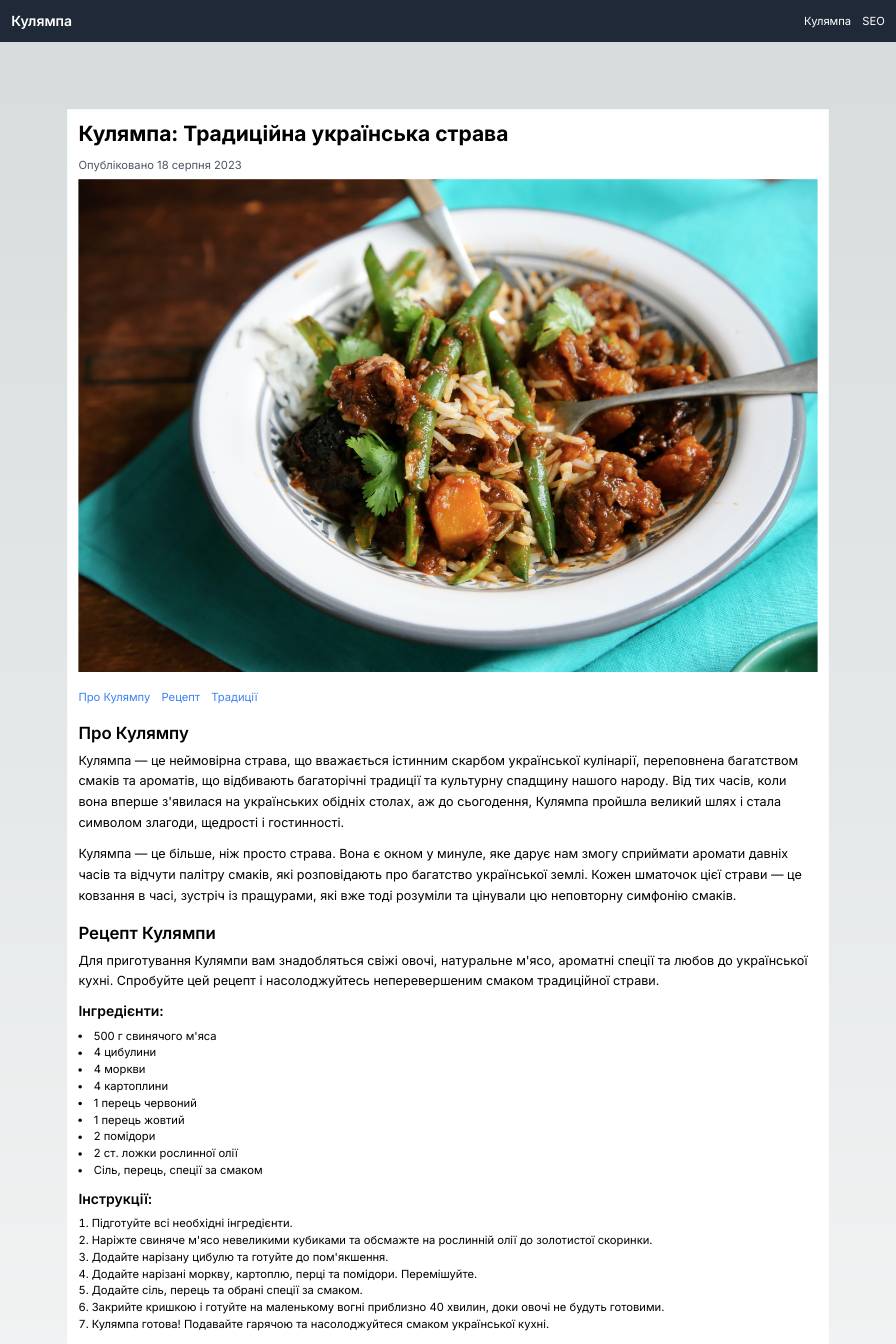
Repository: nika-otter/Kulyampa
Page: /
These files come from the project's save history. The page is drawn as it stood at one moment and after the next save; the edit follows.
The browser window is 1280 px wide. The pictures show the part of the page from y = 0 to 1920 px (the page is 2940 px tall before and 2773 px after), at 70% of full size.
The project was rebuilt for these pictures with package versions that can differ from the ones it lists, and the page was loaded fresh each time. The framework's server and built-in components were replaced by stand-ins that run in the browser. Also part of the build but not shown: next.config.js.

Above is the page before, as saved 2023-08-19 02:55:00.

### app/layout.tsx
import Header from '@/components/Header'
import Footer from '@/components/Footer'
import './globals.css'
import type { Metadata } from 'next'
import { Inter } from 'next/font/google'

const inter = Inter({ subsets: ['latin'] })

export const metadata: Metadata = {
  title: 'Кулямпа',
  description: 'Йовбак Ніка Ігорівна жосткий SEO 18082023',
}

export default function RootLayout({
  children,
}: {
  children: React.ReactNode
}) {
  return (
    <html lang="en">
      <head>
        <meta name="google-site-verification" content="2mgyOlwwhb-FOBIHL0X8Rst2spNoz82k-JcZP-eiwag" />
      </head>
      <body className={inter.className}>
        <Header />

        <main className="flex min-h-screen flex-col items-center justify-between p-24">
            {children}
          </main>
        <Footer/>
        </body>

    </html>
  )
}

### app/page.tsx
import Kulyampa from '@/components/Kulyampa'
import Image from 'next/image'

export default function Home() {
  return (
    <>
      <Kulyampa />
    </>
  )
}

### components/Header.tsx
import Link from 'next/link'
import React from 'react'

const Header = () => {
  return (
    <header className="bg-gray-800 text-white py-4 px-4">
      <div className="container mx-auto flex justify-between items-center">
        <h1 className="text-xl font-semibold">Кулямпа</h1>
        <nav>
          <div className="flex space-x-4">
            <Link href="/">Кулямпа</Link>
            <Link href="/YN">SEO</Link>

          </div>
        </nav>
      </div>
    </header>
  )
}

export default Header

### components/Footer.tsx
import React from "react";

const Footer = () => {
  return (
    <footer className="bg-gray-800 text-white py-6 px-6">
      <div className="container mx-auto">
        <div className="grid grid-cols-1 md:grid-cols-3 gap-6">
          <div className="col-span-1 md:col-span-2">
            <h2 className="text-xl font-semibold mb-4">About Us</h2>
            <p className="text-gray-400">
              Lorem ipsum dolor sit amet, consectetur adipiscing elit. Sed nec
              feugiat libero, eu congue orci.
            </p>
          </div>
          <div>
            <h2 className="text-xl font-semibold mb-4">Contact Us</h2>
            <p className="text-gray-400">1234 Elm Street, City, Country</p>
            <p className="text-gray-400">contact@example.com</p>
            <p className="text-gray-400">123-456-7890</p>
          </div>
        </div>
        <div className="mt-6 ">
          <p className="text-gray-400 ">
            &copy; {new Date().getFullYear()} My Website. All rights reserved.
          </p>
        </div>
      </div>
    </footer>
  );
};

export default Footer;

### app/globals.css
@tailwind base;
@tailwind components;
@tailwind utilities;

:root {
  --foreground-rgb: 0, 0, 0;
  --background-start-rgb: 214, 219, 220;
  --background-end-rgb: 255, 255, 255;
}

@media (prefers-color-scheme: light) {
  :root {
   --foreground-rgb: 0, 0, 0;
  --background-start-rgb: 214, 219, 220;
  --background-end-rgb: 255, 255, 255;
  }
}

body {
  color: rgb(var(--foreground-rgb));
  background: linear-gradient(
      to bottom,
      transparent,
      rgb(var(--background-end-rgb))
    )
    rgb(var(--background-start-rgb));
}

### components/Kulyampa.tsx
import Image from 'next/image'
import React from 'react'

const Kulyampa = () => {
  return (
    <div className="bg-white p-4">
      <h1 className="text-3xl font-bold mb-4">Кулямпа: Традиційна українська страва</h1>
      <p className="text-gray-600 mb-2">Опубліковано 18 серпня 2023</p>

        <img src="/ca-creative-yzFO7e_87fs-unsplash.jpg" alt="Кулямпа" className="w-full h-auto mb-6" />
      <nav className="mb-6">
        <ul className="flex space-x-4">
          <li>
            <a href="#about" className="text-blue-500 hover:underline">Про Кулямпу</a>
          </li>
          <li>
            <a href="#recipe" className="text-blue-500 hover:underline">Рецепт</a>
          </li>
          <li>
            <a href="#traditions" className="text-blue-500 hover:underline">Традиції</a>
          </li>
        </ul>
      </nav>

      <section id="about" className="mb-6">
        <h2 className="text-2xl font-semibold mb-2">Про Кулямпу</h2>
        <p className="text-lg leading-relaxed mb-4">
          <p className="text-lg leading-relaxed mb-4">
            <span>Кулямпа </span>
           — це неймовірна страва, що вважається істинним скарбом української кулінарії,
          переповнена багатством смаків та ароматів, що відбивають багаторічні традиції та культурну спадщину нашого народу.
          Від тих часів, коли вона вперше з'явилася на українських обідніх столах, аж до сьогодення,
          Кулямпа пройшла великий шлях і стала символом злагоди, щедрості і гостинності.
        </p>
        <p className="text-lg leading-relaxed mb-4">
          Кулямпа — це більше, ніж просто страва. Вона є окном у минуле, яке дарує нам змогу сприймати аромати давніх часів
          та відчути палітру смаків, які розповідають про багатство української землі. Кожен шматочок цієї страви — це ковзання в часі,
          зустріч із пращурами, які вже тоді розуміли та цінували цю неповторну симфонію смаків.
        </p>
        </p>
      </section>

      <section id="recipe" className="mb-6">
        <h2 className="text-2xl font-semibold mb-2">Рецепт Кулямпи</h2>
        <p className="text-lg leading-relaxed mb-4">
        Для приготування Кулямпи вам знадобляться свіжі овочі, натуральне м'ясо,
        ароматні спеції та любов до української кухні. Спробуйте цей рецепт і
        насолоджуйтесь неперевершеним смаком традиційної страви.
      </p>

      <h3 className="text-xl font-semibold mb-2">Інгредієнти:</h3>
      <ul className="list-disc list-inside mb-4">
        <li>500 г свинячого м'яса</li>
        <li>4 цибулини</li>
        <li>4 моркви</li>
        <li>4 картоплини</li>
        <li>1 перець червоний</li>
        <li>1 перець жовтий</li>
        <li>2 помідори</li>
        <li>2 ст. ложки рослинної олії</li>
        <li>Сіль, перець, спеції за смаком</li>
      </ul>

      <h3 className="text-xl font-semibold mb-2">Інструкції:</h3>
      <ol className="list-decimal list-inside mb-6">
        <li>Підготуйте всі необхідні інгредієнти.</li>
        <li>Наріжте свиняче м'ясо невеликими кубиками та обсмажте на рослинній олії до золотистої скоринки.</li>
        <li>Додайте нарізану цибулю та готуйте до пом'якшення.</li>
        <li>Додайте нарізані моркву, картоплю, перці та помідори. Перемішуйте.</li>
        <li>Додайте сіль, перець та обрані спеції за смаком.</li>
        <li>Закрийте кришкою і готуйте на маленькому вогні приблизно 40 хвилин, доки овочі не будуть готовими.</li>
        <li>Кулямпа готова! Подавайте гарячою та насолоджуйтеся смаком української кухні.</li>
      </ol>

      <p className="text-lg leading-relaxed">
        Тепер ви знаєте, як приготувати справжню українську Кулямпу. Ця страва
        об'єднує найкращі традиції та смаки української кухні. Спробуйте приготувати
        її самі і насолоджуйтесь неперевершеним смаком!
      </p>
      </section>

      <section id="traditions" className="mb-6">
        <h2 className="text-2xl font-semibold mb-2">Традиції</h2>
        <p className="text-lg leading-relaxed mb-4">
          Кулямпа, як справжній символ української кулінарії, здатна змінити атмосферу будь-якого заходу, на якому її подають.
          Її традиційний статус не тільки в питанні їжі, але й у створенні неперевершеної атмосфери єдності та гармонії.
        </p>
        <p className="text-lg leading-relaxed">
          Українські родинні свята без Кулямпи немовби залишаються неповними. Вона вже стала невід'ємною частиною Різдва, Великодня та інших свят,
          які об'єднують рідних та друзів навколо одного столу. Подача Кулямпи на святковому столі завжди супроводжується радісними посмішками,
          веселощами та родинними розмовами. Вона є символом єдності та гармонії, а також нагадує про те, наскільки важливо цінувати свої коріння та спільні моменти.
        </p>
        <p className="text-lg leading-relaxed">
          Крім родинних зібрань, Кулямпа має своє місце й на урочистих подіях, де вона допомагає створити теплу та приємну атмосферу. Весілля, ювілеї, дні народження —
          у будь-якому обраному контексті Кулямпа збагачує подію неповторним відчуттям національної культури та смаку. Її наявність на столі гарантує, що гості залишаться враженими
          і запам'ятають цю подію як особливу та неповторну.
        </p>
        <p className="text-lg leading-relaxed">
          А що стосується молодших членів родини, то Кулямпа завжди має щось для них. Її смакові якості приваблюють найменших гурманів, аромат підкреслює атмосферу родинних свят,
          а колір та форма страви викликають захоплення та інтригують. Ця страва навіть в найменших деталях передає почуття затишку та любові, що є невід'ємними атрибутами справжньої української гостинності.
        </p>
        <p className="text-lg leading-relaxed">
          Отже, Кулямпа — це не лише страва, але й відображення духу української культури, що пронизує кожну родину та подію. Вона зберігає традиції минулого, з'єднує нас з нашими коріннями
          та підкреслює важливість поділитися смаком та радістю разом із близькими людьми.
        </p>
      </section>


    </div>
  )
}

export default Kulyampa

### tailwind.config.ts
import type { Config } from 'tailwindcss'

const config: Config = {
  content: [
    './pages/**/*.{js,ts,jsx,tsx,mdx}',
    './components/**/*.{js,ts,jsx,tsx,mdx}',
    './app/**/*.{js,ts,jsx,tsx,mdx}',
  ],
  darkMode: 'media',
  theme: {
    extend: {
      backgroundImage: {
        'gradient-radial': 'radial-gradient(var(--tw-gradient-stops))',
        'gradient-conic':
          'conic-gradient(from 180deg at 50% 50%, var(--tw-gradient-stops))',
      },
    },
  },
  plugins: [],
}
export default config

After the next save:
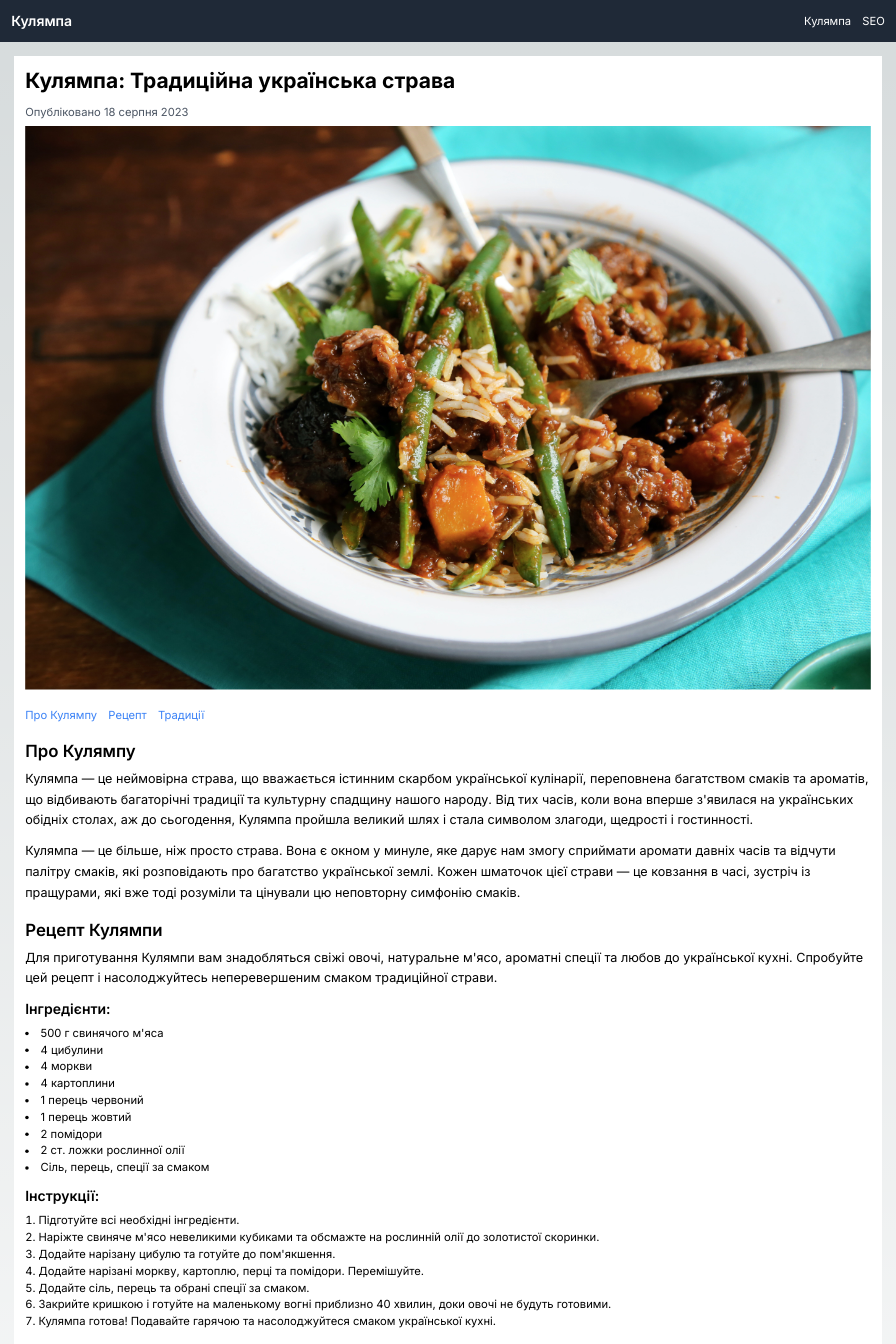
Saved 4 min 42 s later.
--- a/app/layout.tsx
+++ b/app/layout.tsx
@@ -24,7 +24,7 @@ export default function RootLayout({
       <body className={inter.className}>
         <Header />
 
-        <main className="flex min-h-screen flex-col items-center justify-between p-24">
+        <main className="flex min-h-screen flex-col items-center justify-between p-24 sm:p-5 md:p-5">
             {children}
           </main>
         <Footer/>
